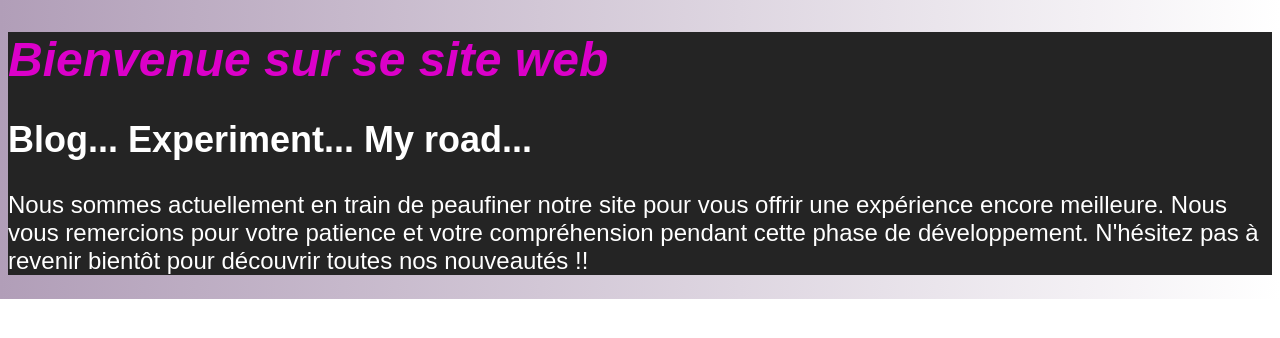
Repository: ValetteEvan/PersonalWebApp
Page: index.html
These files come from the project's save history. The page is drawn as it stood at one moment and after the next save; the edit follows.
The browser window is 1280 px wide. The pictures show the whole page.

Above is the page before, as saved 2025-01-07 18:03:15.

### index.html
<!DOCTYPE html>
<html>

    <head>
        <meta charset="utf-8" />
        <title>Valette Evan</title>
        <link href="style.css" rel="stylesheet">
        <link href="image/" rel="image">
        <link rel="font_original" href="https://fonts.googleapis.com">
    </head>

    <body>
        <div class="webGlobal">
            <h1>Bienvenue sur se site web</h1>
            <h2>Blog... Experiment... My road...</h2>
                <p class="firstParagraph">Nous sommes actuellement en train de peaufiner notre site pour
                 vous offrir une expérience encore meilleure. Nous vous remercions
                 pour votre patience et votre compréhension pendant cette phase de
                 développement. N'hésitez pas à revenir bientôt pour découvrir toutes nos nouveautés !!
                </p>
        </div>
    </body>
</html>

### style.css

body{

    background-color: rgb(255, 255, 255);
    background: linear-gradient(90deg,rgb(177, 158, 184),#ffffff);
    background-repeat: no-repeat;
    /*background-image: url('image/auto.jpg');*/
    /* background-repeat: no-repeat;*/
}
.webGlobal{
    background-color: rgb(36, 36, 36);
    font-family:'font_original',sans-serif;
    font-size: 1.5em;
    color: rgb(255, 255, 255);
}

h1 {
   font-style:italic;
    color: rgb(219, 0, 201);
    /*text-decoration: underline;*/
}

After the next save:
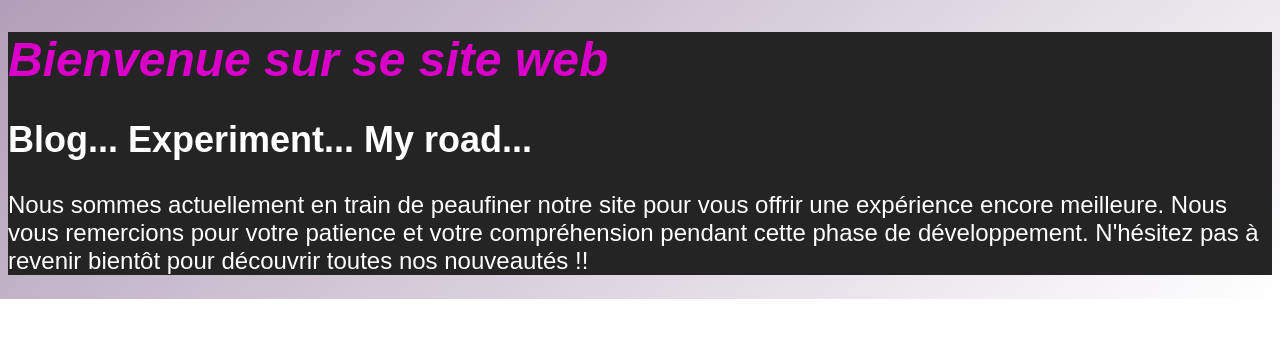
Saved 6 s later.
--- a/style.css
+++ b/style.css
@@ -2,7 +2,7 @@
 body{
 
     background-color: rgb(255, 255, 255);
-    background: linear-gradient(90deg,rgb(177, 158, 184),#ffffff);
+    background: linear-gradient(140deg,rgb(177, 158, 184),#ffffff);
     background-repeat: no-repeat;
     /*background-image: url('image/auto.jpg');*/
     /* background-repeat: no-repeat;*/
